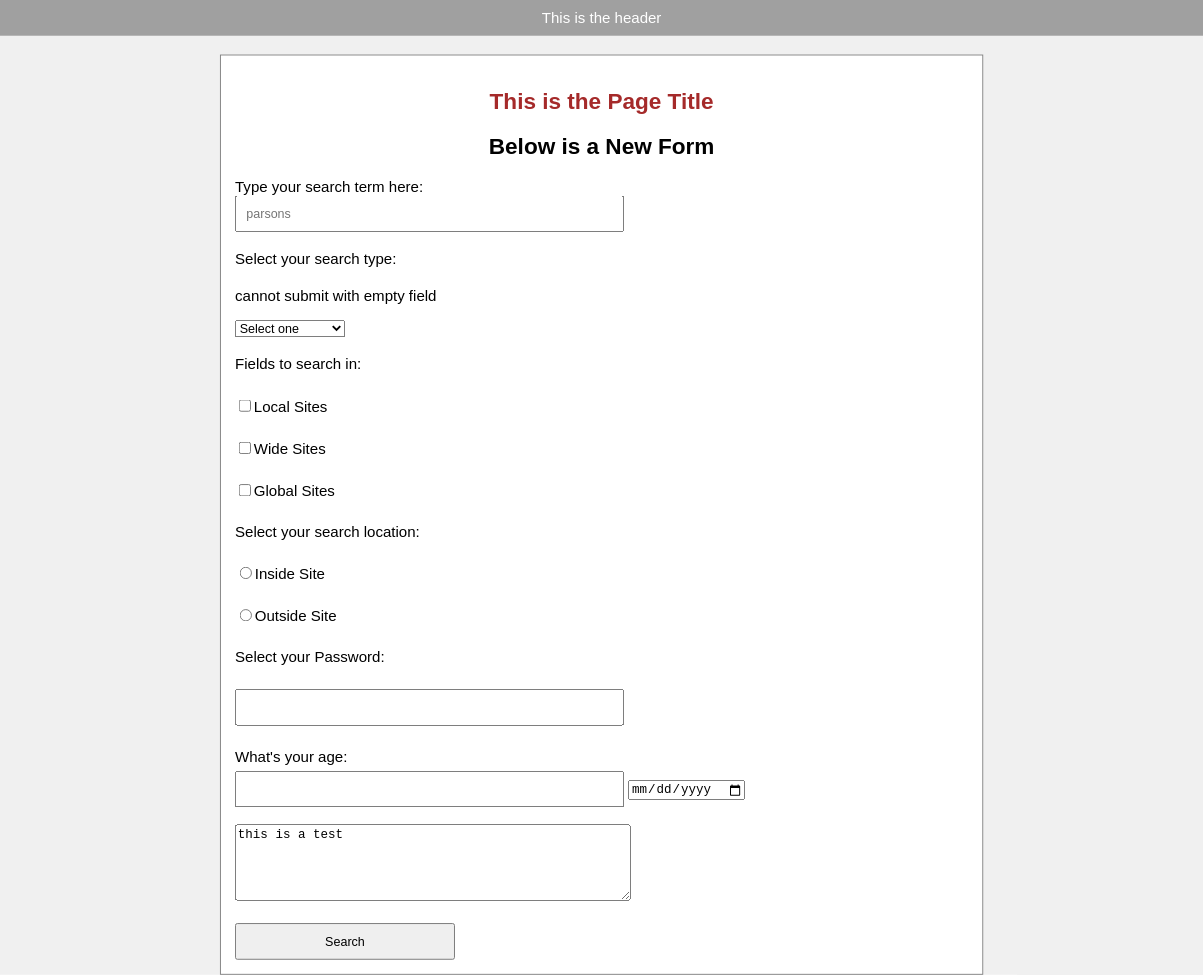
Repository: m0llyc00k/web-advanced
Page: c-6/class_6_html-boilerplate/html-boilerplate/index.html
The author's editor kept a record of every edit. The page is drawn from the files as they stood at one moment, then again after the next edit.
The browser window is 1280 px wide. The pictures show the whole page, at 94% of full size.

Above is the page before.

After the next edit:
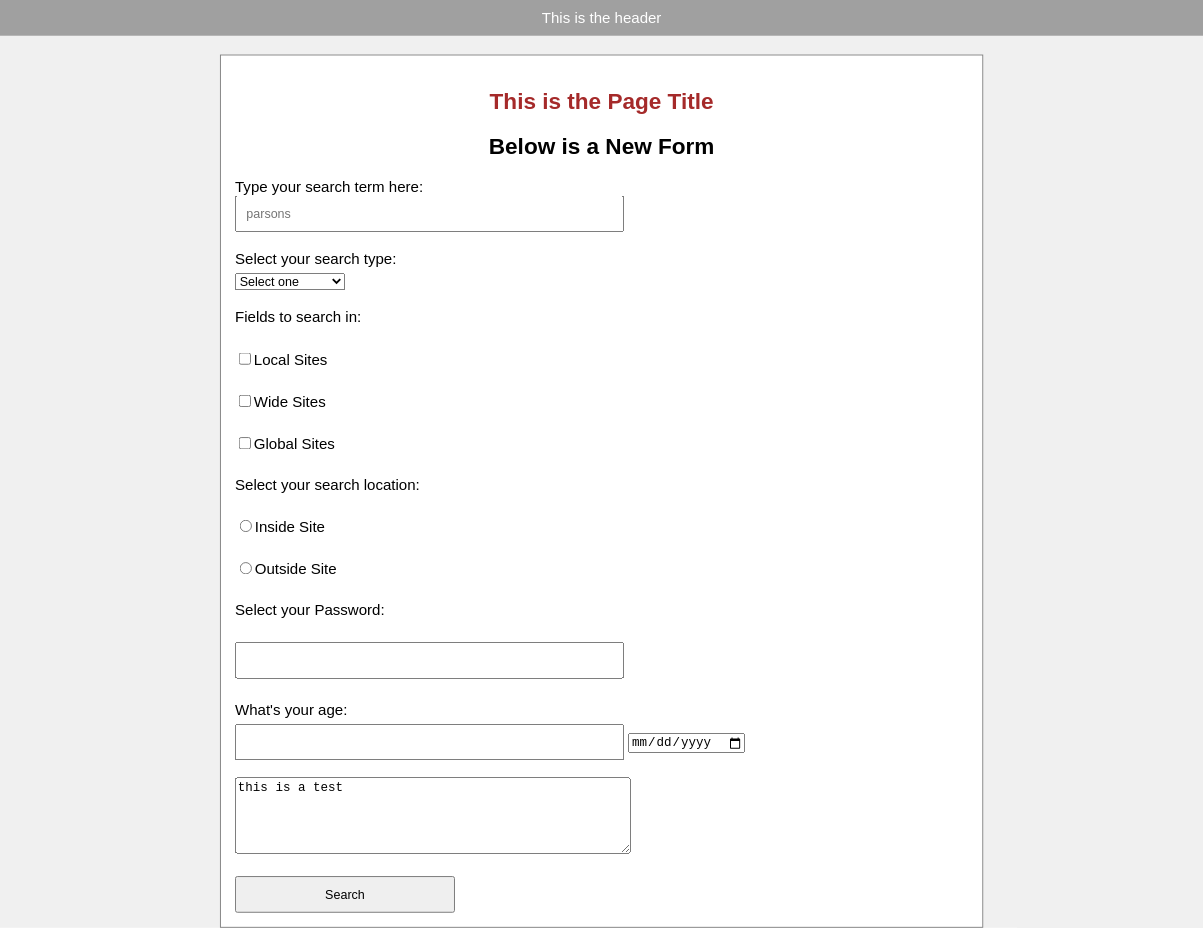
The edit:
--- a/c-6/class_6_html-boilerplate/html-boilerplate/js/scripts.js
+++ b/c-6/class_6_html-boilerplate/html-boilerplate/js/scripts.js
@@ -40,14 +40,7 @@
 
 
 // // let input_pass = this.elements.SearchPass;
-if (inp.value == '') {
-    // alert('search box cannot be empty')
-    const para = document.createElement('p');
-    const searchBar = document.getElementById('searchType');
-    para.textContent = 'cannot submit with empty field';
-    f.insertBefore(para, searchBar);
 
-}
 
 
 // // Password field values:
